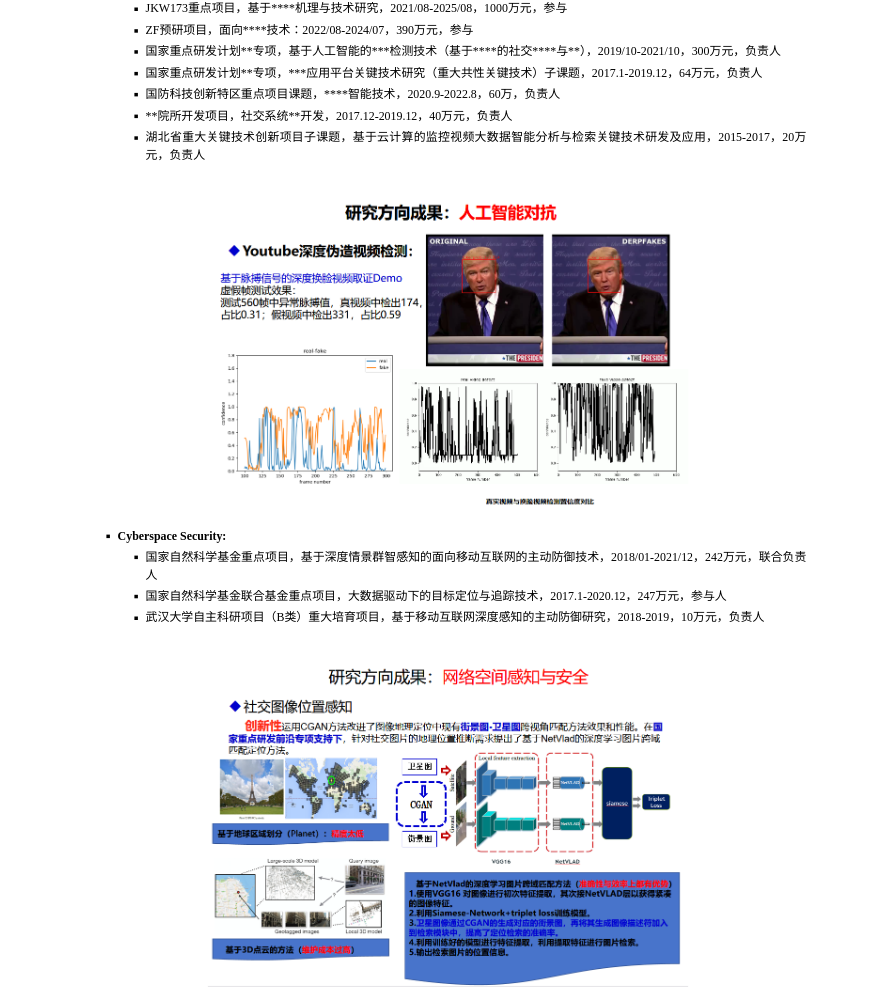
Repository: yedengpan/yedengpan.github.io
Page: research.html
These files come from the project's save history. The page is drawn as it stood at one moment and after the next save; the edit follows.
The browser window is 1280 px wide. The pictures show the part of the page from y = 1054 to 2974 px (the page is 2472 px tall before and 2974 px after), at 70% of full size.

Above is the page before, as saved 2023-12-04 15:51:43.
Console error: SyntaxError: Unexpected token '%'

After the next save:
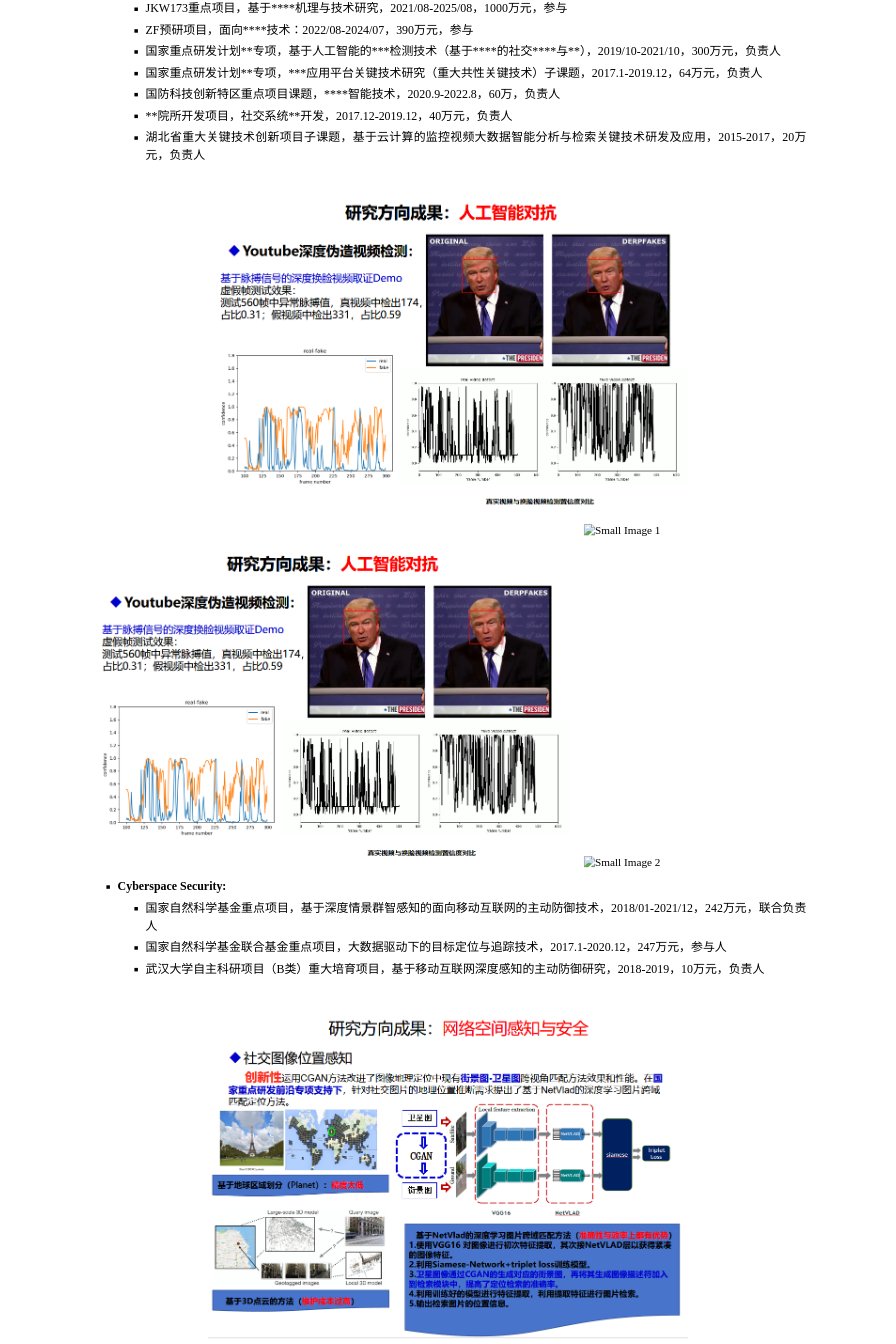
Not found: path/to/small-image1.jpg
Not found: path/to/small-image2.jpg
Saved 8 s later.
--- a/research.html
+++ b/research.html
@@ -111,7 +111,13 @@
             </ul>
         </ul>
         <img class="center-image" src="./source_files/222.png" alt="artificial_security" />
-
+        <div class="container">
+            <img class="left-image" src="./source_files/222.png" alt="artificial_security" />
+            <div class="right-images">
+                <img src="path/to/small-image1.jpg" alt="Small Image 1">
+                <img src="path/to/small-image2.jpg" alt="Small Image 2">
+            </div>
+        </div>
 
         <ul>
             <li><p style="text-align:justify;"><b> Cyberspace Security:</b></p></li>
